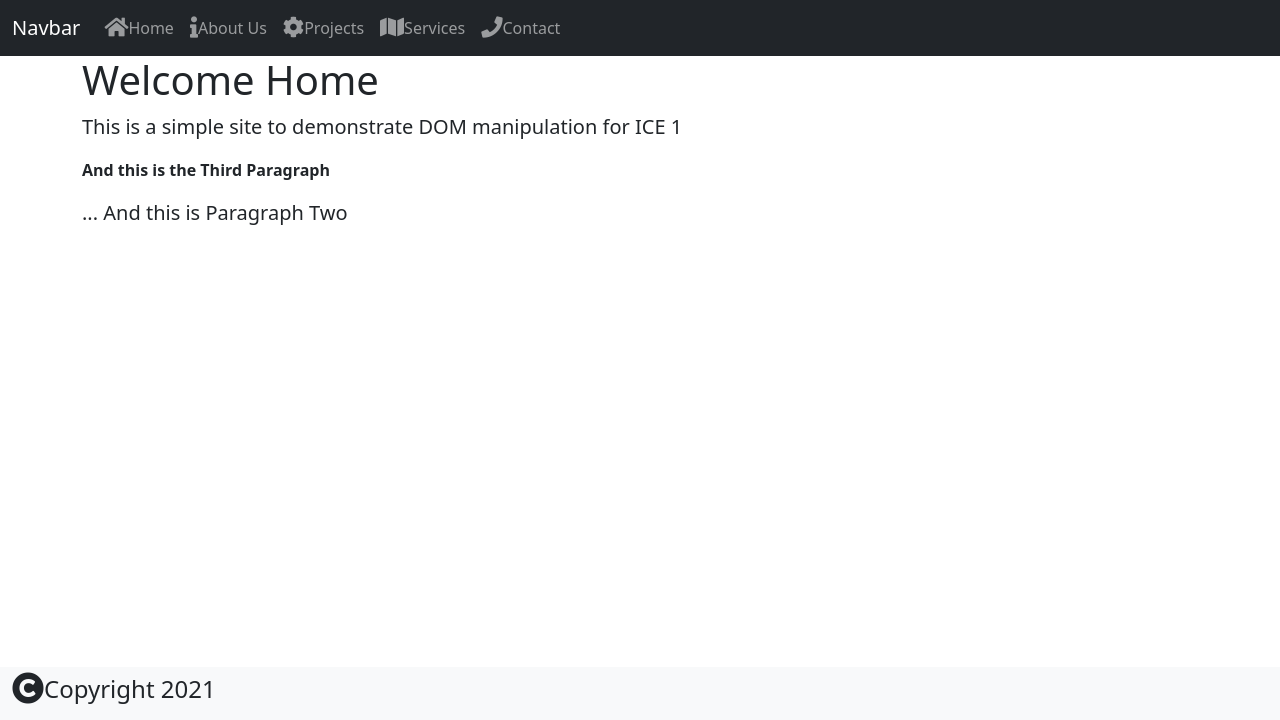
Repository: deividwsantoss/webd6201-W2021-ICE1
Page: Index.html
These files come from the project's save history. The page is drawn as it stood at one moment and after the next save; the edit follows.
The browser window is 1280 px wide. The pictures show the whole page.

Above is the page before, as saved 2021-02-02 11:34:57.

### Index.html
<!DOCTYPE html>
<html lang="en">
<head>
    <meta charset="UTF-8">
    <meta name="viewport" content="width=device-width, initial-scale=1.0">
    <title>WEBD6201 - W2021 - ICE 1</title>
</head>
<!-- CSS SECTION -->
<link rel="stylesheet" href="./node_modules/bootstrap/dist/css/bootstrap.min.css">
<link rel="stylesheet" href="./node_modules/@fortawesome/fontawesome-free/css/all.min.css">
<link rel="stylesheet" href="./Content/app.css">

<body>
    <header>
        <nav class="navbar navbar-expand-lg navbar-dark bg-dark">
            <div class="container-fluid">
              <a class="navbar-brand" href="#">Navbar</a>
              <button class="navbar-toggler" type="button" data-bs-toggle="collapse" data-bs-target="#navbarSupportedContent" aria-controls="navbarSupportedContent" aria-expanded="false" aria-label="Toggle navigation">
                <span class="navbar-toggler-icon"></span>
              </button>
              <div class="collapse navbar-collapse" id="navbarSupportedContent">
                <ul class="navbar-nav me-auto mb-2 mb-lg-0">
                  <li class="nav-item">
                    <a class="nav-link" aria-current="page" href="#"><i class="fas fa-home fa-lg"></i>Home</a>
                  </li>
                  <li class="nav-item">
                    <a class="nav-link" aria-current="page" href="#"><i class="fas fa-info fa-lg"></i>About Us</a>
                  </li>
                  <li class="nav-item">
                    <a class="nav-link" aria-current="page" href="#"><i class="fas fa-cog fa-lg"></i>Projects</a>
                  </li>
                  <li class="nav-item">
                    <a class="nav-link" aria-current="page" href="#"><i class="fas fa-map fa-lg"></i>Services</a>
                  </li>
                  <li class="nav-item">
                    <a class="nav-link" aria-current="page" href="#"><i class="fas fa-phone fa-lg"></i>Contact</a>
                  </li>

                </ul>

              </div>
            </div>
          </nav>
    </header>
    <main class="container">

        <h1>Welcome to WEBD6201 </h1>
        <p id="paragraphOne"> </p>
    </main>

    <footer>
        <nav class="navbar fixed-bottom navbar-light bg-light">
            <div class="container-fluid">
                <h4><i class="fas fa-copyright fa-lg"></i>Copyright 2021 </h4>
            </div>
          </nav>

    </footer>
    <!-- Script Section-->
    <script src="./node_modules/jquery/dist/jquery.min.js"></script>
    <script src="./node_modules/bootstrap/dist/js/bootstrap.bundle.min.js"></script>
    <script src="./Scripts/app.js"></script>
</body>
</html>

### Scripts/app.js
/* Custom JavaScript goes here */


// IIFE -
//AKA - Anonymous self-excuting function

"use strict";

(function()
{


    function Start()
    {
        console.log("App Started...")

        let paragraphOneText = "This is a simple site to demonstrate DOM manipulation for ICE 1";
        let paragraphOneElement = document.getElementById("paragraphOne");

        //let paragraphOneParagraph = document.getElementsByTagName("p")[0];
        //let paragraphOneQuery = document.querySelector("p");
        //let paragraphOneQuerys = document.querySelectorAll("p")[0];

        paragraphOneElement.textContent = paragraphOneText;
        paragraphOneElement.className = "fs-5";

        //SECOND METHOD
        //Step 1. document.createElement
        let newParagraph = document.createElement("p");
        //configure the element
        newParagraph.setAttribute("id", "paragraphTwo");
        newParagraph.textContent = "... And this is Paragraph Two";
        //step 3. Select the parent element
        let mainContent = document.getElementsByTagName("main")[0];
        //step 4. Add / Insert the element
        mainContent.appendChild(newParagraph);

        newParagraph.className = "fs-5";

        //  Another way to insert
        let paragraphDiv = document.createElement('div');
          let paragraphThree = `<p class="fs-7 fw-bold">And this is the Third Paragraph</p>`
        paragraphDiv.innerHTML = paragraphThree;

        newParagraph.before(paragraphDiv);

        // Deletions

        //removing simple element
        // paragraphOneElement.remove();

        //example of remove child
        // mainContent.removeChild(paragraphOneElement);

        // UPDATE - MODIFICATION

        mainContent.firstElementChild.textContent = "Welcome Home";


    }
    window.addEventListener("load", Start);


})();

Loaded but not shown: node_modules/bootstrap/dist/css/bootstrap.min.css (library); node_modules/@fortawesome/fontawesome-free/css/all.min.css (library); node_modules/jquery/dist/jquery.min.js (library); node_modules/bootstrap/dist/js/bootstrap.bundle.min.js (library); Content/app.css (no stored copy; drawn as an empty file)

After the next save:
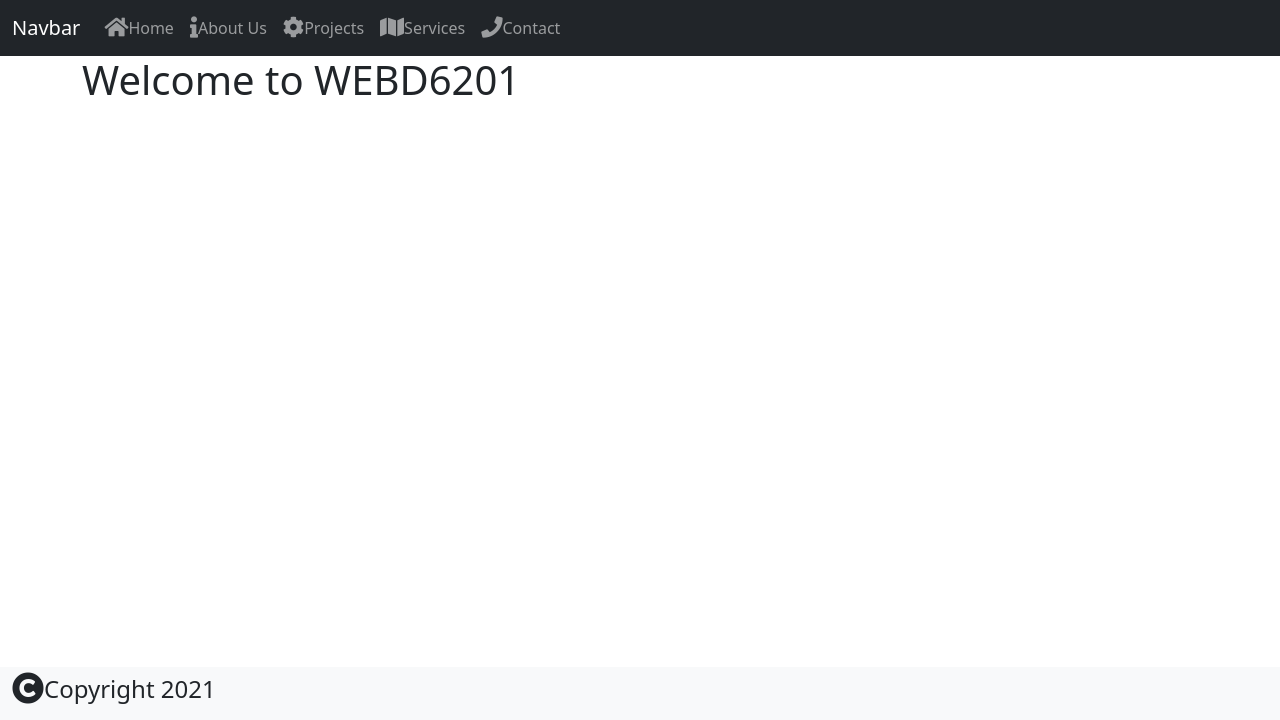
Saved 3 min 55 s later.
--- a/Scripts/app.js
+++ b/Scripts/app.js
@@ -54,7 +54,12 @@
 
         // UPDATE - MODIFICATION
 
-        mainContent.firstElementChild.textContent = "Welcome Home";
+        //mainContent.firstElementChild.textContent = "Welcome Home";
+
+        mainContent.innerHTML =
+        `<h1 id="firstHeading">Welcome to WEBD6201 </h1>
+        <p id="paragraphOne"></p>
+        `
 
 
     }
